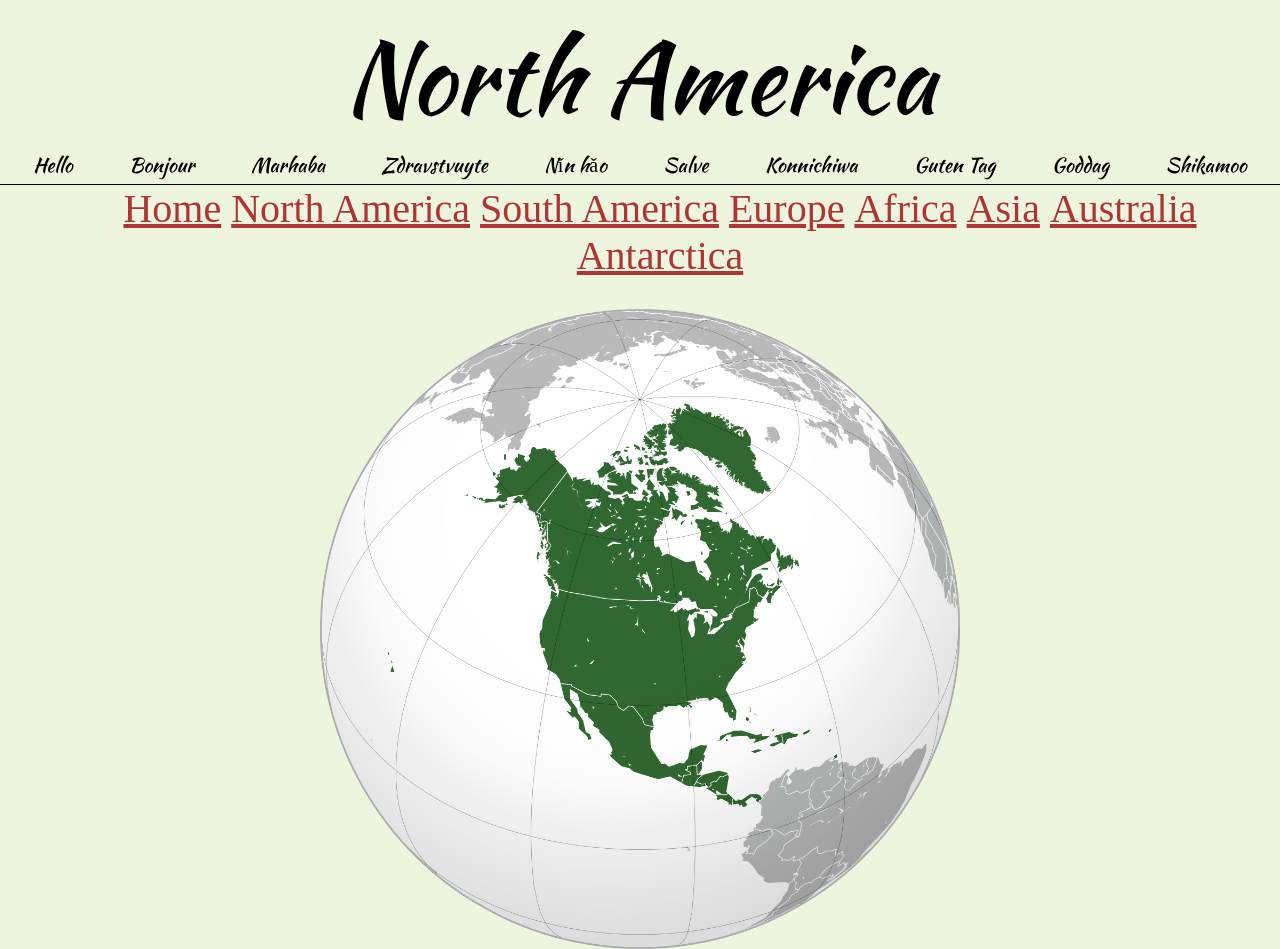
Repository: alharama/StaticWebsite
Page: na_page.html
The author's editor kept a copy of each file at every save. The page is drawn from the files as they stood at one save, then again after the next save.
The browser window is 1280 px wide. The pictures show the whole page.

Above is the page before, as saved 2021-09-20 22:53:25.

After the next save:
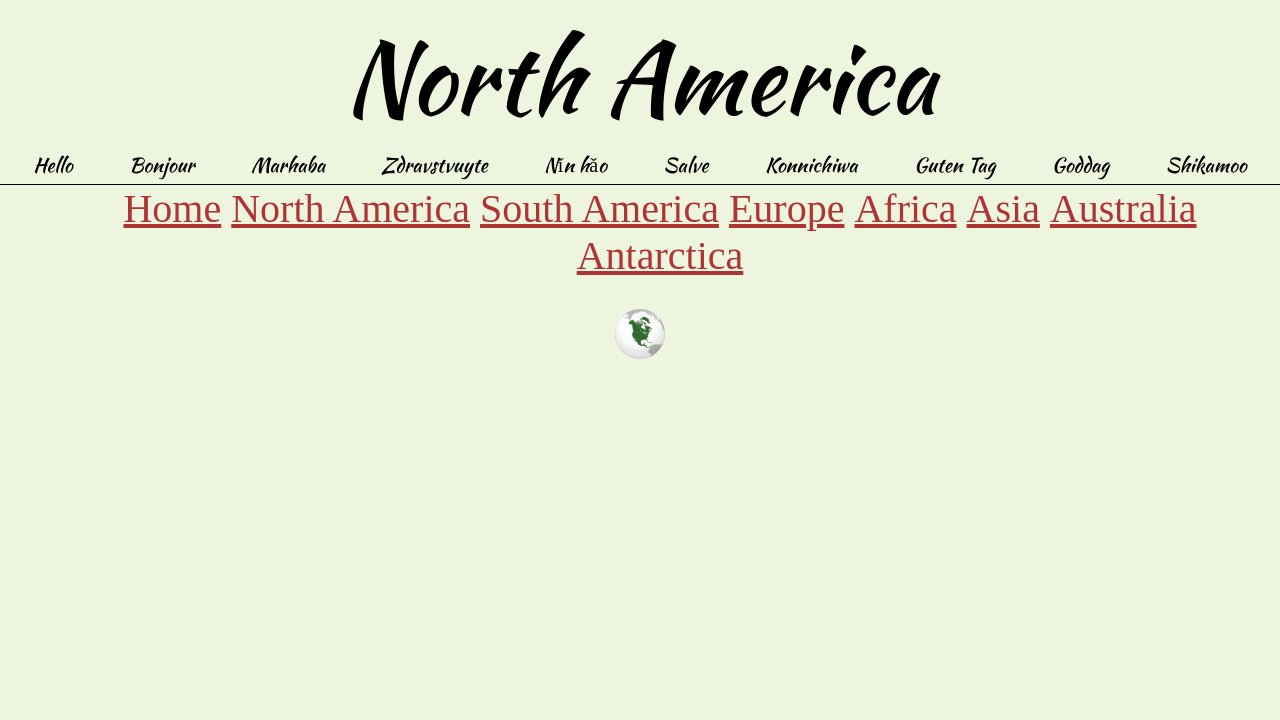
Saved 8 s later.
--- a/na_page.html
+++ b/na_page.html
@@ -63,8 +63,7 @@
             margin-left: auto;
             margin-right: auto;
             margin-top: 30px;
-            width: 50%;
-            height:50%;
+            width: 50px;
 
         }
 
